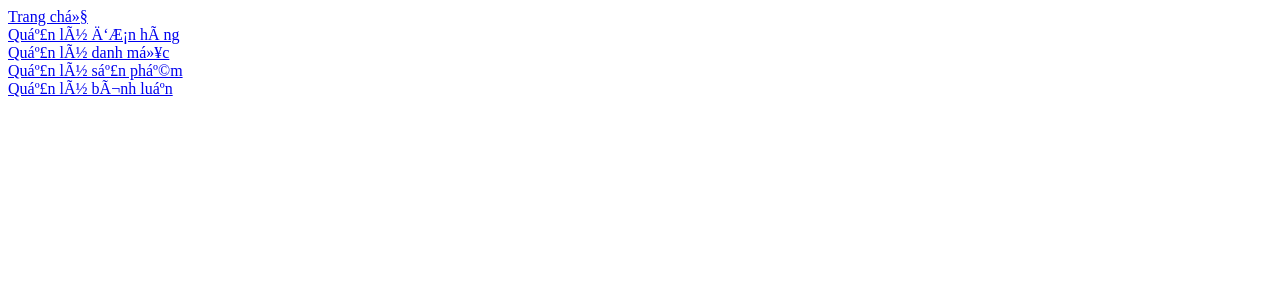
Repository: CuongPM2022/comestic
Page: http://localhost/com.comestic/common/template/admin/menu.jsp
The author's editor kept a copy of each file at every save. The page is drawn from the files as they stood at one save, then again after the next save.
The browser window is 1280 px wide. The pictures show the whole page.
The page is served by Tomcat 9. Nobody is signed in. The application's start-up code is not run.

Above is the page before, as saved 2022-11-10 11:28:33.

After the next save:
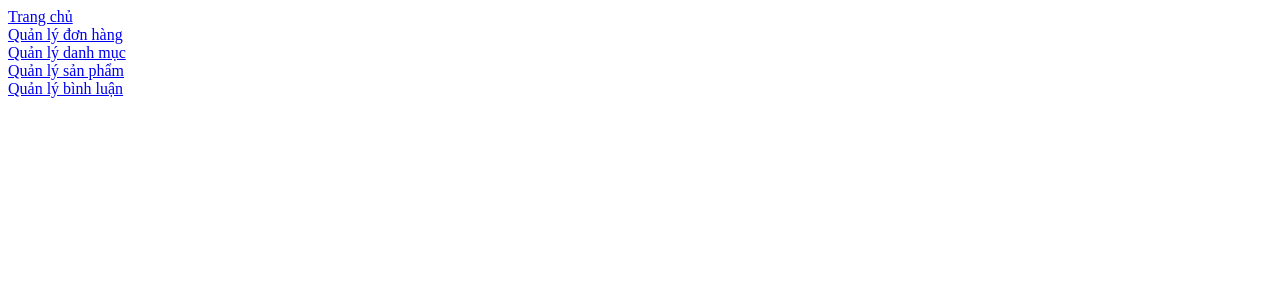
Saved 10 s later.
--- a/workspace/com.comestic/src/main/webapp/common/template/admin/menu.jsp
+++ b/workspace/com.comestic/src/main/webapp/common/template/admin/menu.jsp
@@ -1,3 +1,5 @@
+<%@ page language="java" contentType="text/html; charset=UTF-8"
+    pageEncoding="UTF-8"%>
  <!-- Active: .active -->
         <div class="menu">
             <!-- Active: .active -->
